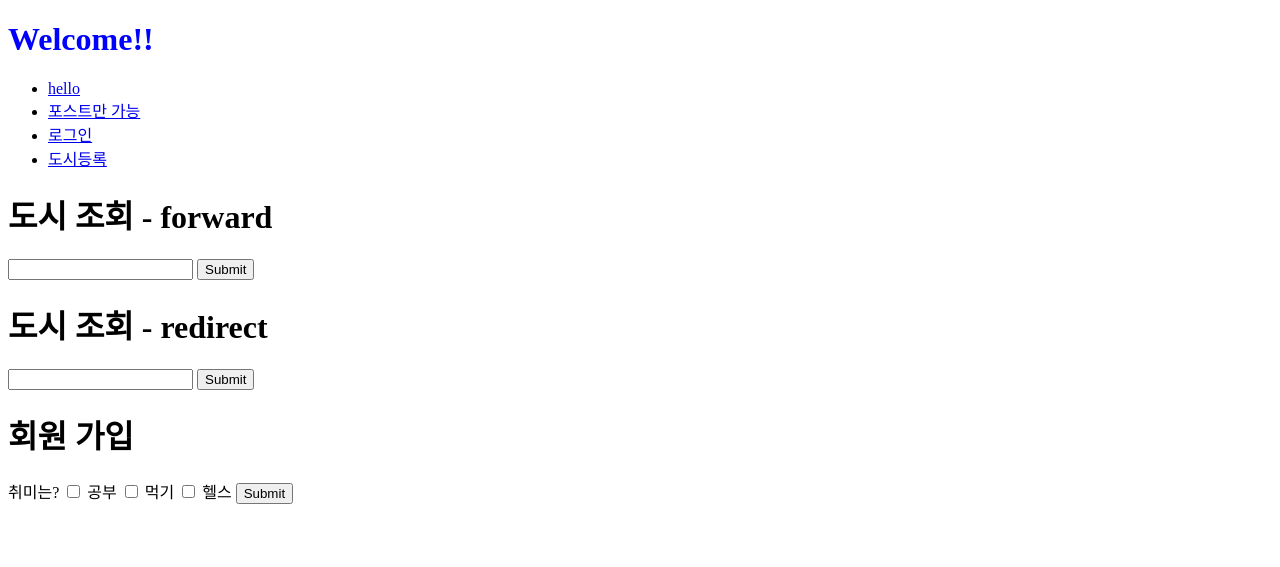
Repository: bgmun01/woorifisa_java
Page: http://localhost/jpa_2/WEB-INF/view/index.jsp
The author's editor kept a copy of each file at every save. The page is drawn from the files as they stood at one save, then again after the next save.
The browser window is 1280 px wide. The pictures show the whole page.
The page is served by Tomcat 10. Nobody is signed in. The template is opened directly, without the code that normally fills it, so the values that code supplies are empty.

Above is the page before, as saved 2023-06-23 08:01:11.

After the next save:
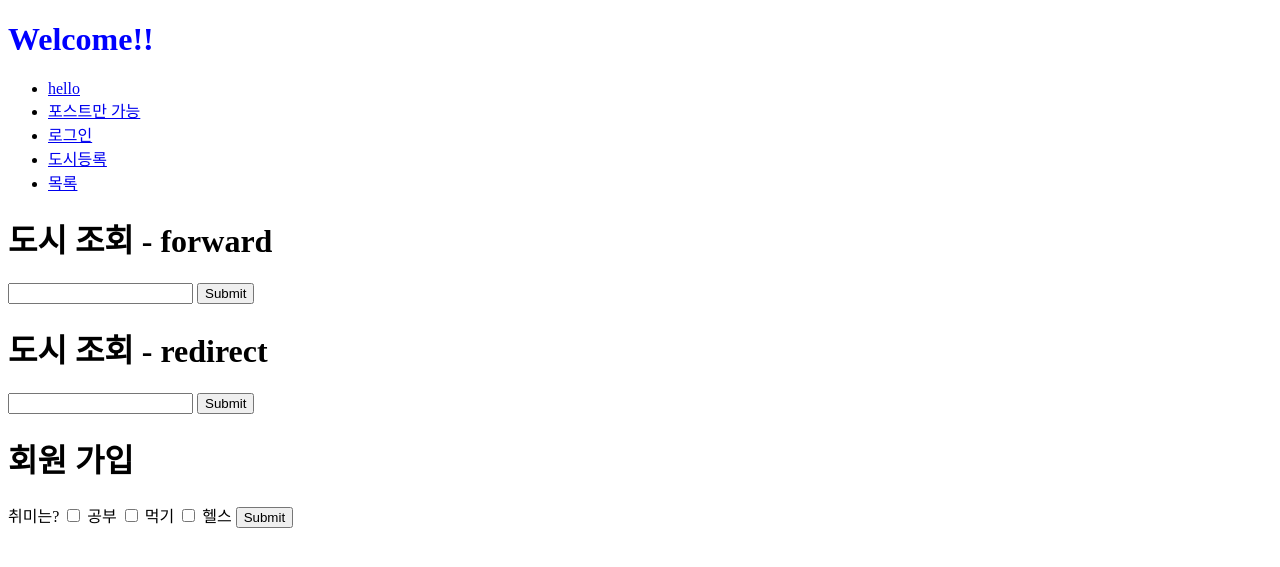
Saved 6 min 29 s later.
--- a/jpa_2/src/main/webapp/WEB-INF/view/index.jsp
+++ b/jpa_2/src/main/webapp/WEB-INF/view/index.jsp
@@ -18,6 +18,9 @@
 		</li>
 		<li>
 		<a href="/city/regist"> 도시등록 </a>
+		</li>
+		<li>
+		<a href="/city/list"> 목록 </a>
 		</li>
 	</ul>
 	<h1>도시 조회 - forward</h1>
